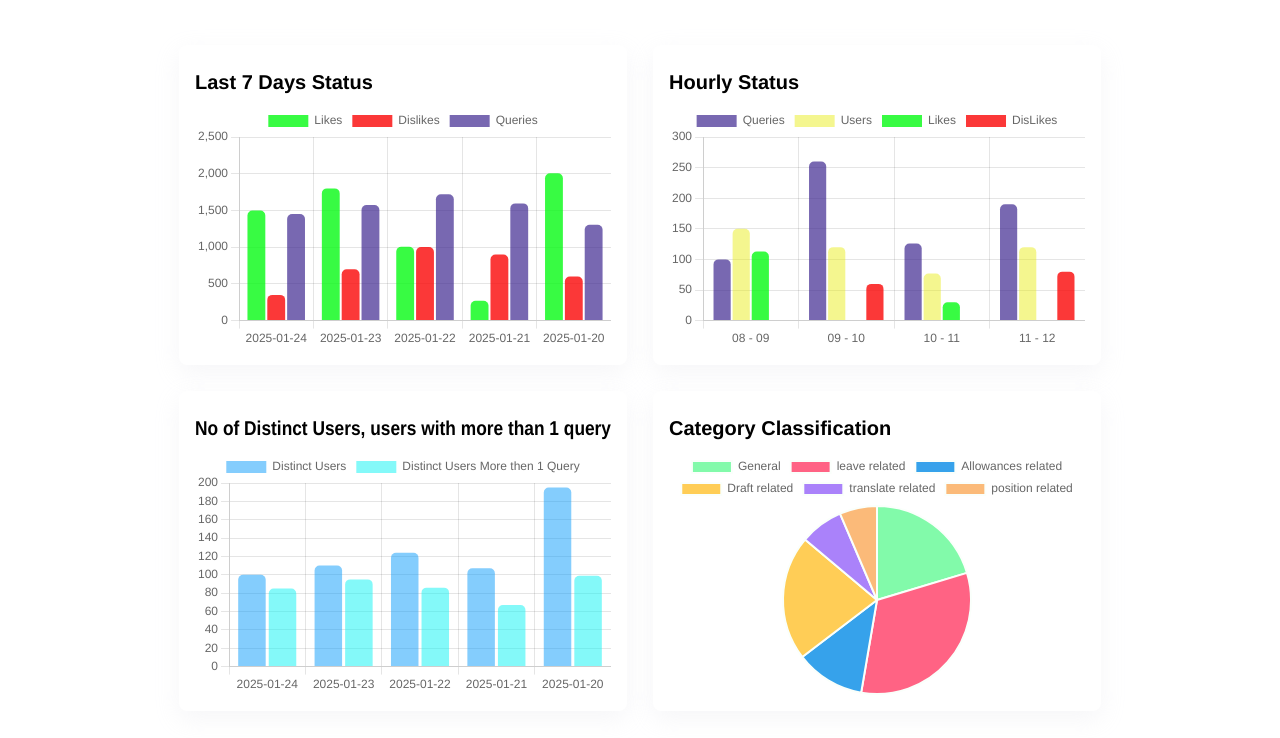
Repository: NAGARAJ-DEVELOPER/Dashboard
Page: /
The author's editor kept a copy of each file at every save. The page is drawn from the files as they stood at one save, then again after the next save.
The browser window is 1280 px wide. The pictures show the whole page.
The project was rebuilt for these pictures with package versions that can differ from the ones it lists, and the page was loaded fresh each time. Also part of the build but not shown: vite.config.js.

Above is the page before, as saved 2025-02-12 00:51:49.

After the next save:
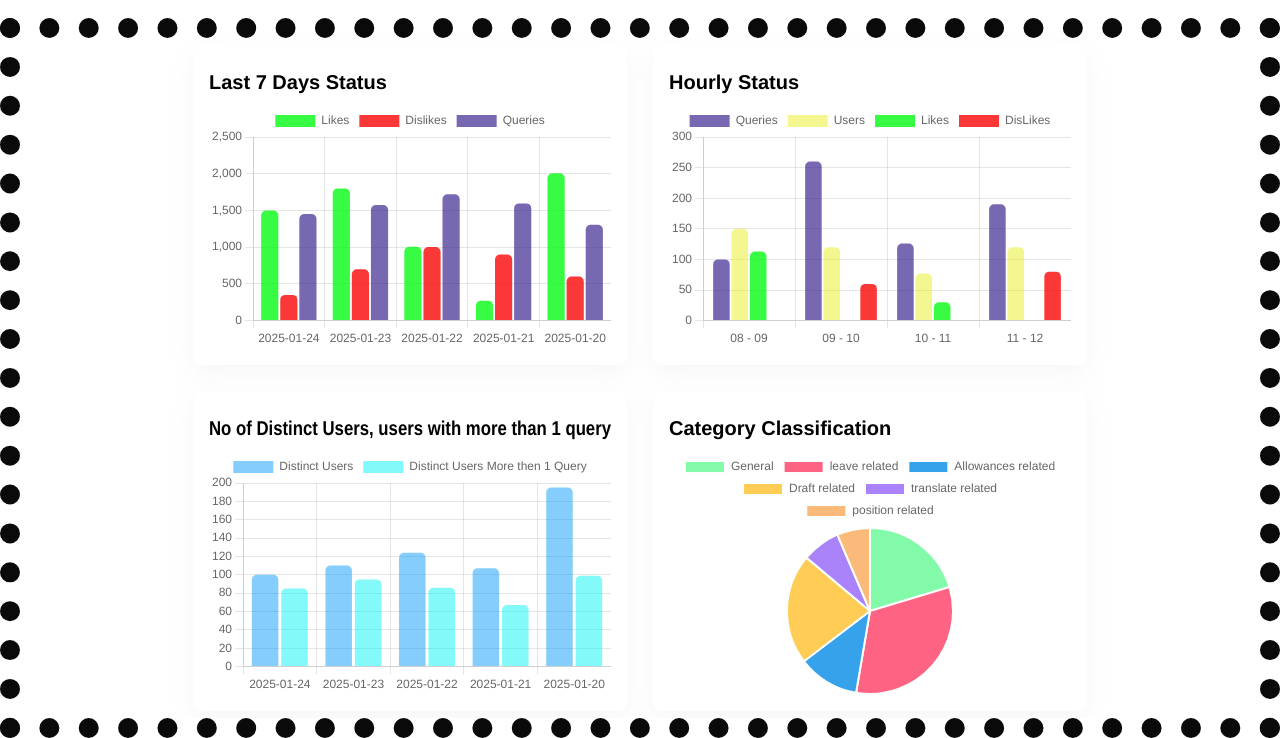
Saved 36 s later.
--- a/src/App.css
+++ b/src/App.css
@@ -10,7 +10,7 @@
   flex-wrap: wrap;
   background-color: #ffffff;
   overflow: auto;
-  border: #0a0a0a;
+  border: 20px dotted #0a0a0a;
 }
 
 .dotted {
